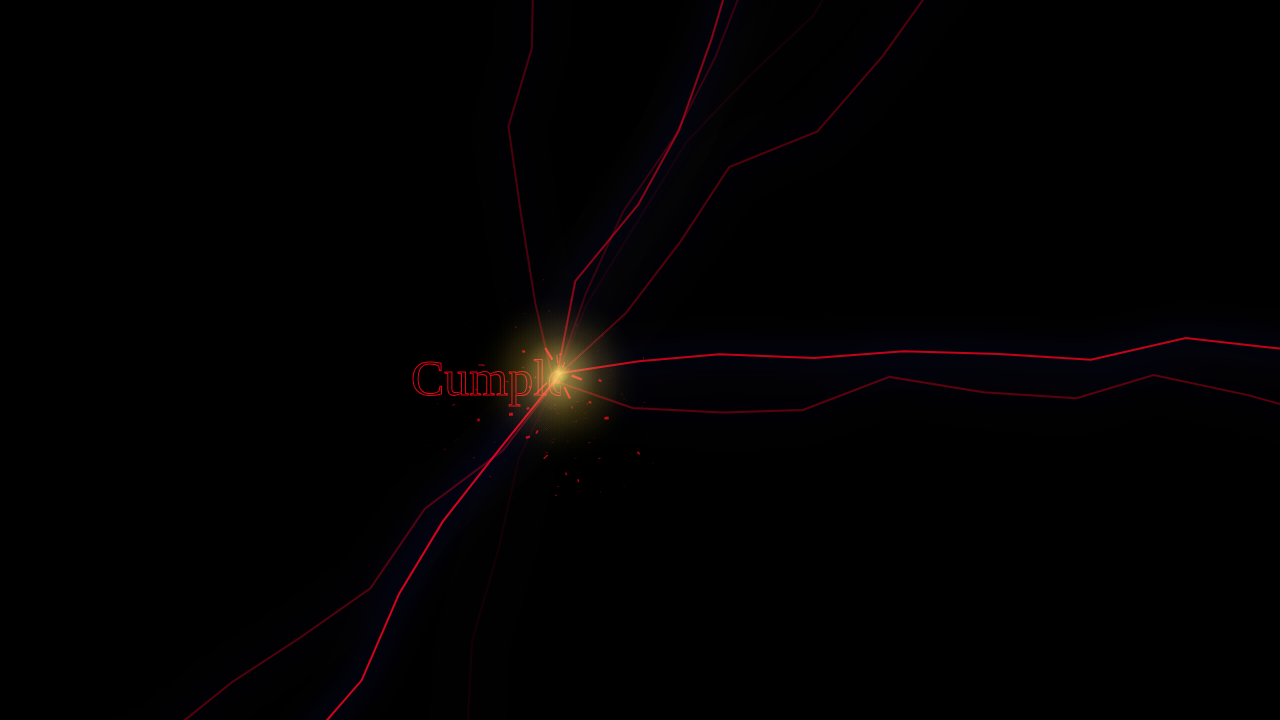
Repository: hosoya08/Raiki
Page: main.html
An editor plug-in stored every save of this project. The page is shown before and after the next save, followed by the edit.
The browser window is 1280 px wide. The pictures show the whole page.
Some web fonts or font styles are not loaded; a fallback is used.

Above is the page before, as saved 2025-03-25 23:59:46.

After the next save:
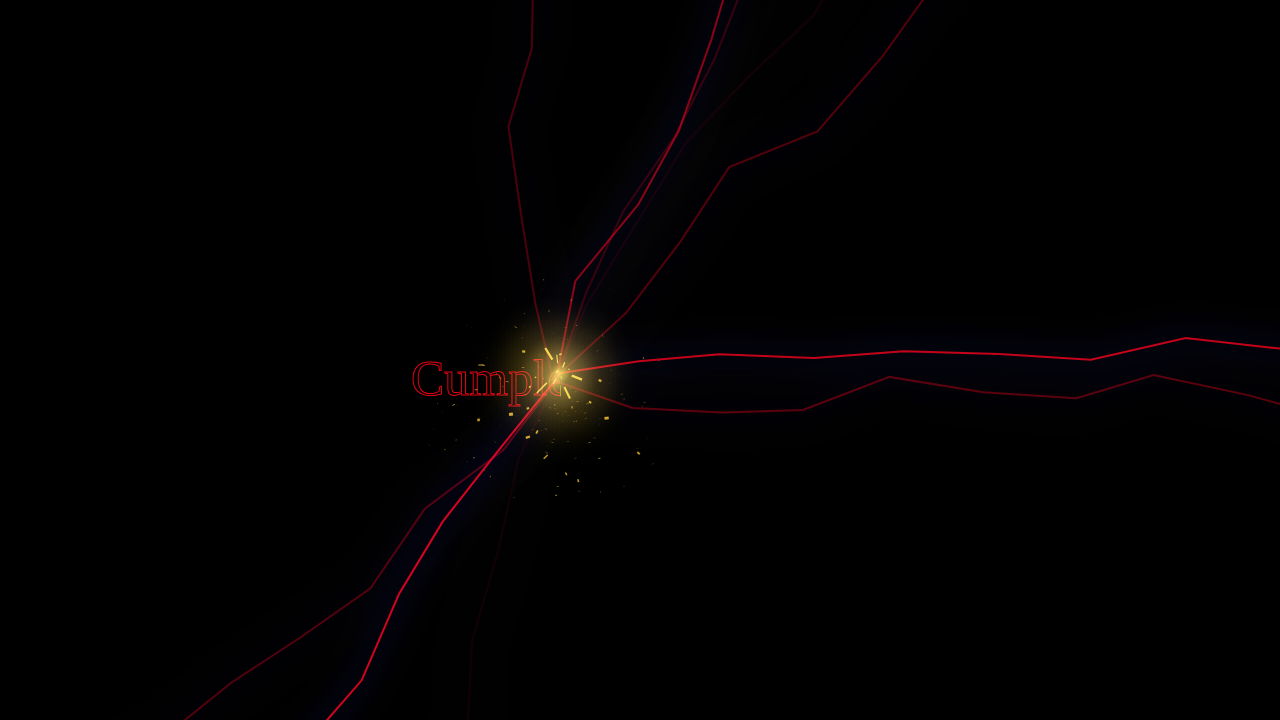
Saved 28 s later.
--- a/script.js
+++ b/script.js
@@ -74,7 +74,7 @@ function Spark(options) {
   this.width = options.width || Math.random() * 3
   this.lifespan = options.lifespan || Math.round(Math.random() * 20 + 40)
   this.maxlife = this.lifespan
-  this.color = options.color || "#e60012" // 雷の色
+  this.color = options.color || "#feca32"
   this.prev = { x: this.x, y: this.y }
 
   this.update = function (index, array) {
